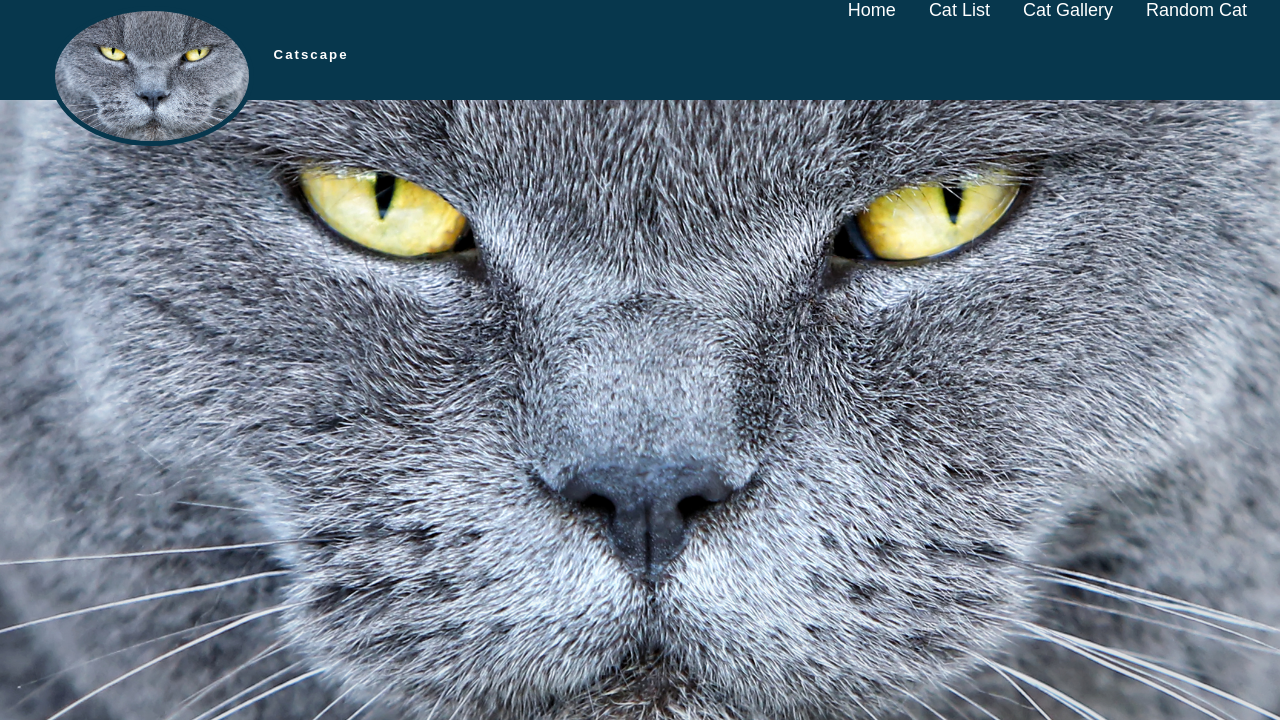
Repository: Jeith/node-exercises
Page: http://localhost/
An editor plug-in stored every save of this project. The page is shown before and after the next save, followed by the edit.
The browser window is 1280 px wide. The pictures show the whole page.
The page is served by the project's Node server (app.js).

Above is the page before, as saved 2018-08-15 19:18:05.

After the next save:
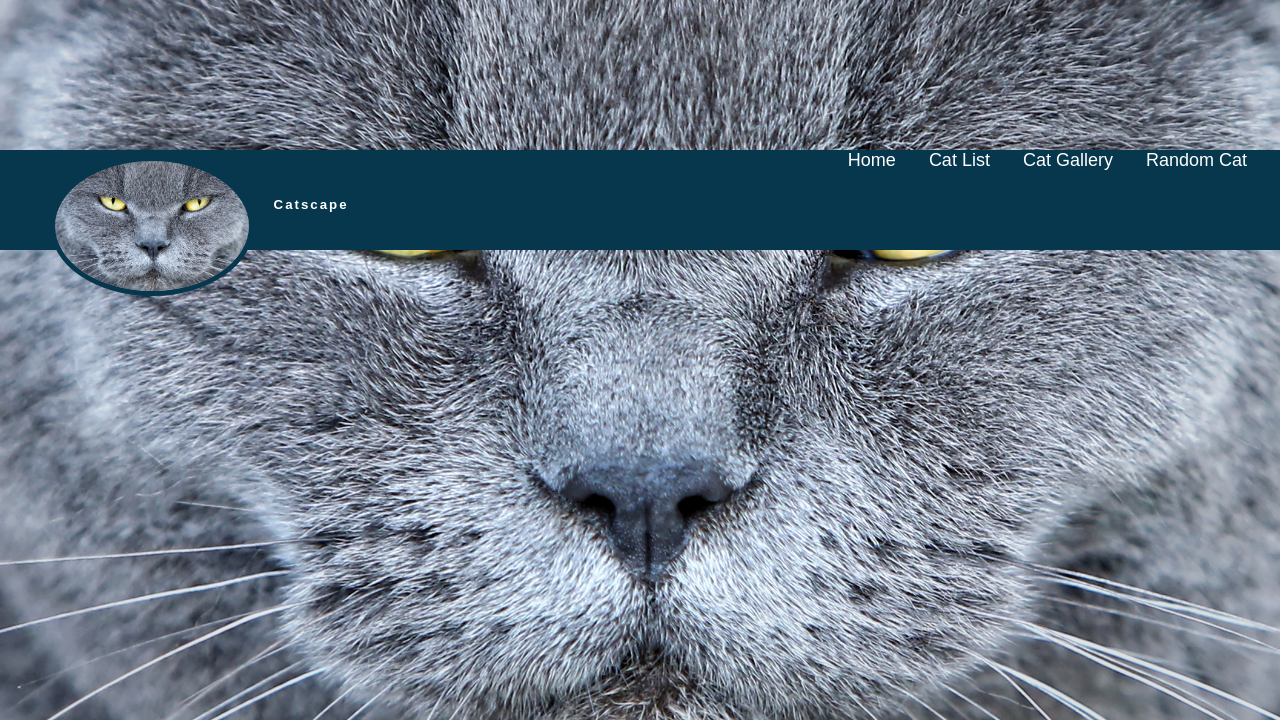
Saved 100 s later.
--- a/node_project/views/pages/index.ejs
+++ b/node_project/views/pages/index.ejs
@@ -54,5 +54,6 @@
 </head>
 <body>
         <% include ../partials/header.ejs %>
+        <% include ../partials/footer.ejs %>
 </body>
 </html>

After the save that followed:
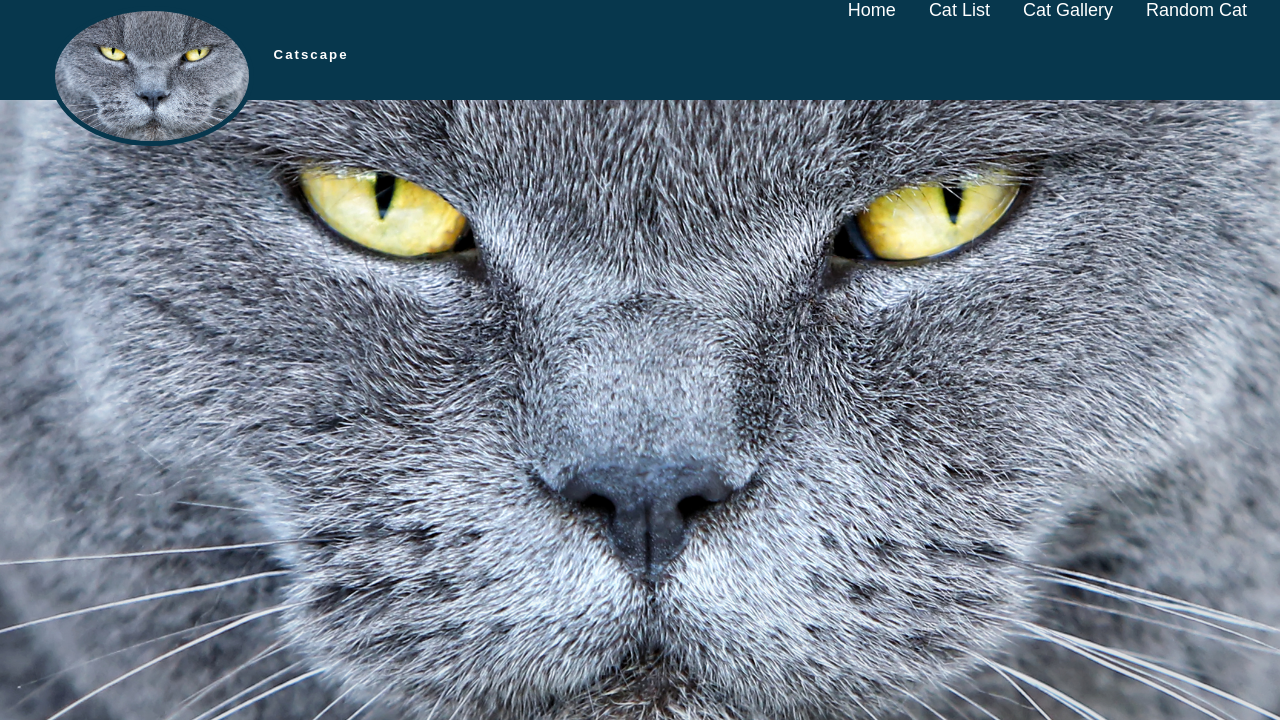
Saved 51 s later.
--- a/node_project/views/pages/index.ejs
+++ b/node_project/views/pages/index.ejs
@@ -54,6 +54,5 @@
 </head>
 <body>
         <% include ../partials/header.ejs %>
-        <% include ../partials/footer.ejs %>
 </body>
 </html>
